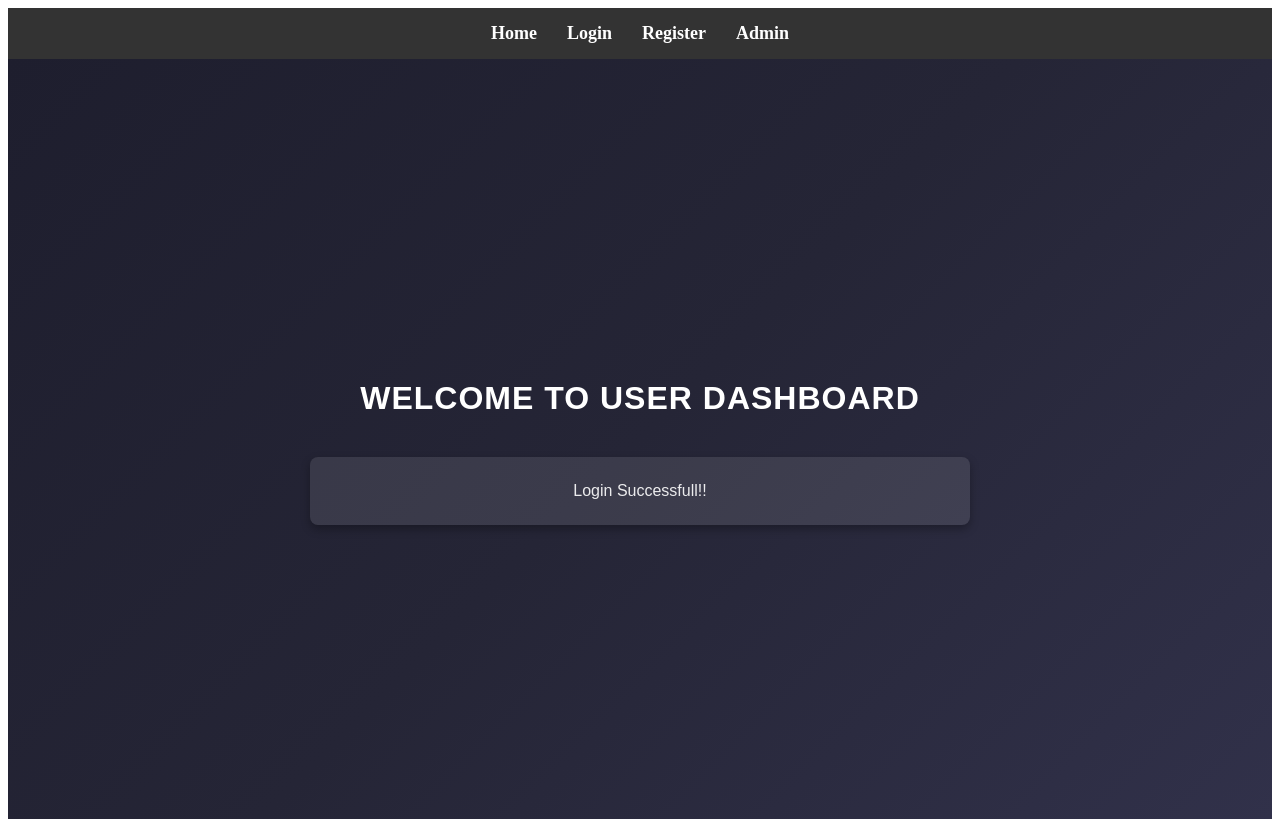
Repository: AhmedIbu/angular-login-app
Page: /user-dashboard (app in angular-login-app/)
The author's editor kept a copy of each file at every save. The page is drawn from the files as they stood at one save, then again after a run of saves.
The browser window is 1280 px wide. The pictures show the whole page.
The project was rebuilt for these pictures with package versions that can differ from the ones it lists, and the page was loaded fresh each time. Also part of the build but not shown: angular-login-app/angular.json, angular-login-app/src/app/home/home.component.ts, angular-login-app/src/app/login/login.component.ts, angular-login-app/src/app/services/auth.service.ts, angular-login-app/src/app/register/register.component.ts, angular-login-app/src/app/services/user.service.ts, angular-login-app/src/app/admin-dashboard/admin-dashboard.component.ts, angular-login-app/src/app/admin-login/admin-login.component.ts.

Above is the page before, as saved 2025-02-21 11:48:36.

After the next 2 saves:
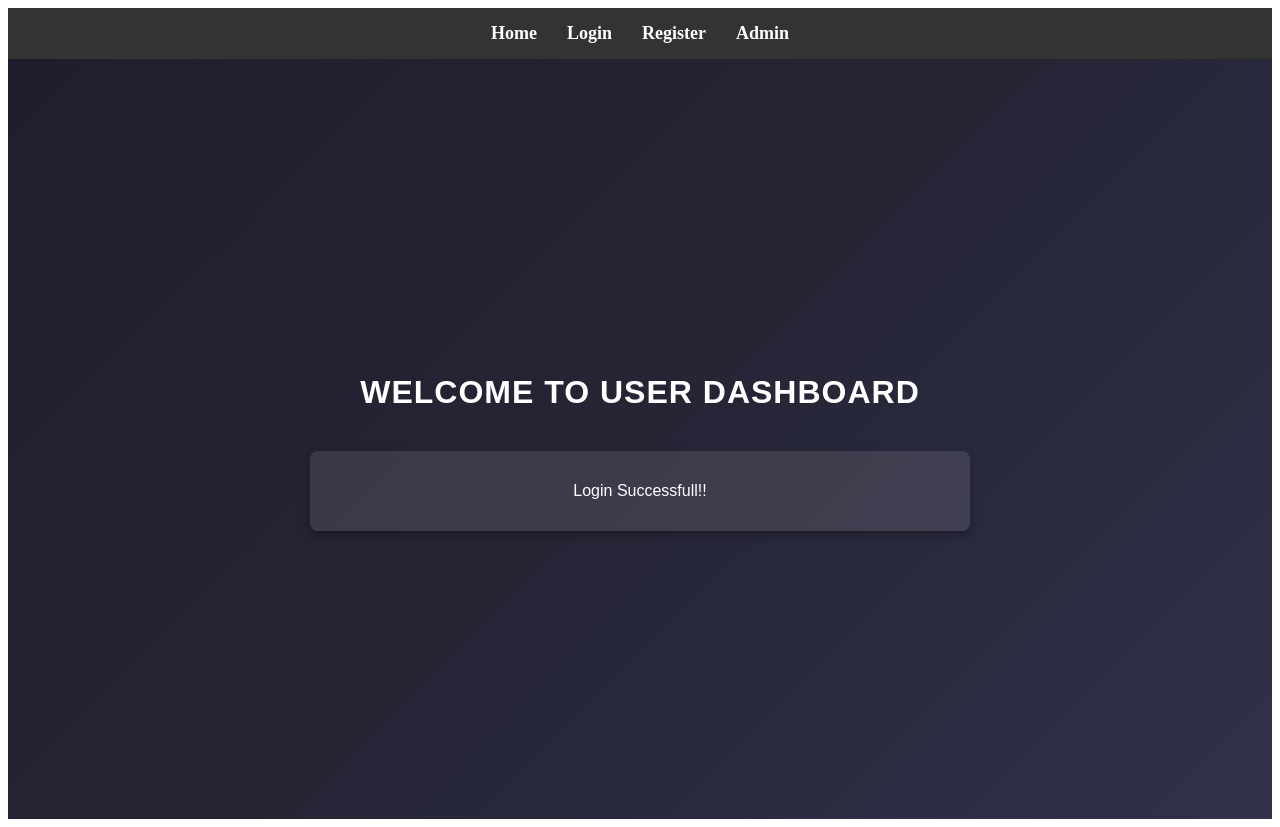
The 2 saves are shown as one change because they came seconds apart.
The last was saved 8 s later.
--- a/angular-login-app/src/app/user-dashboard/user-dashboard.component.css
+++ b/angular-login-app/src/app/user-dashboard/user-dashboard.component.css
@@ -32,11 +32,7 @@
     margin-top: 20px;
   }
 
-  .user-info p {
-    font-size: 1rem;
-    margin: 10px 0;
-    opacity: 0.9;
-  }
+.lo
 
 
 
